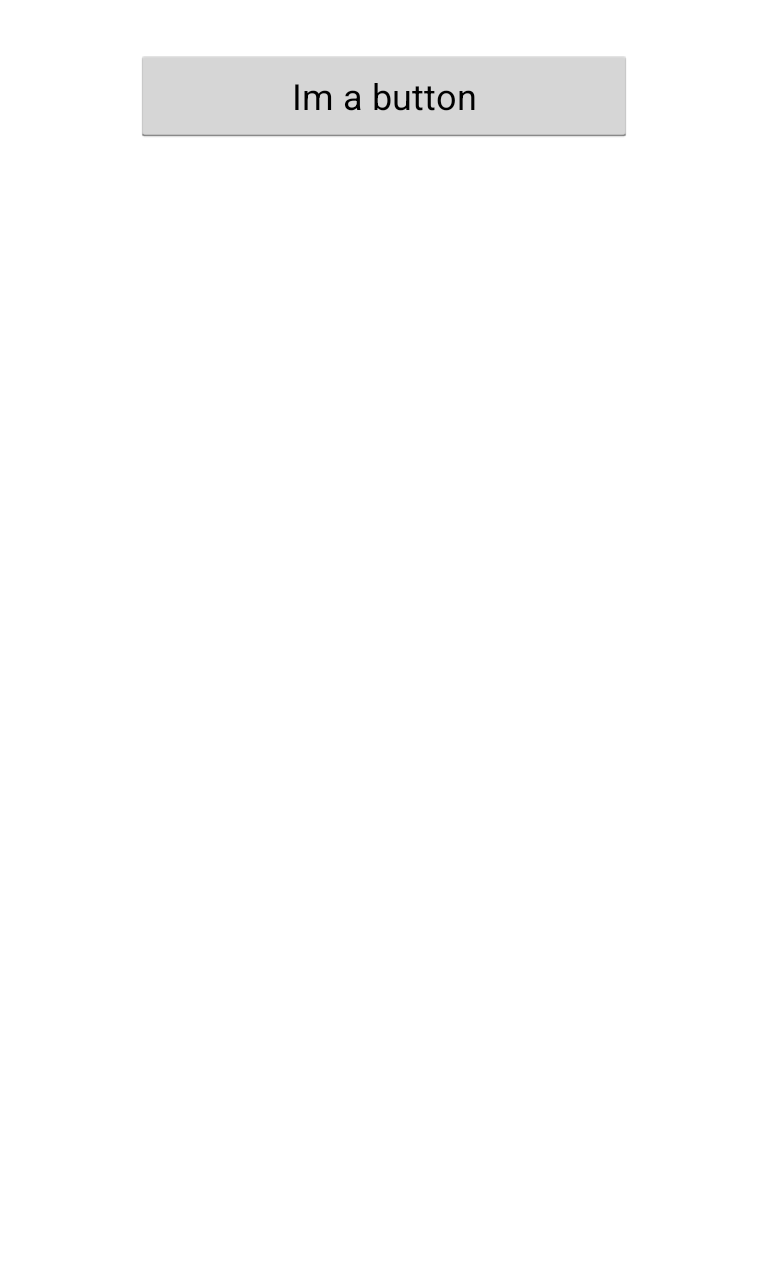
Repository: efreestone/MDF3_Freestone
Layout: ConvertIt/res/layout/activity_main.xml
These files come from the project's save history. The layout is drawn as it stood at one moment and after the next save; the edit follows.
It is drawn on a 768 x 1280 px phone screen (xhdpi) without system bars, with theme AppTheme; the app's code is not run. Lists and similar views that code fills are empty.

Above is the layout before, as saved 2014-07-10 20:43:19.

After the next save:
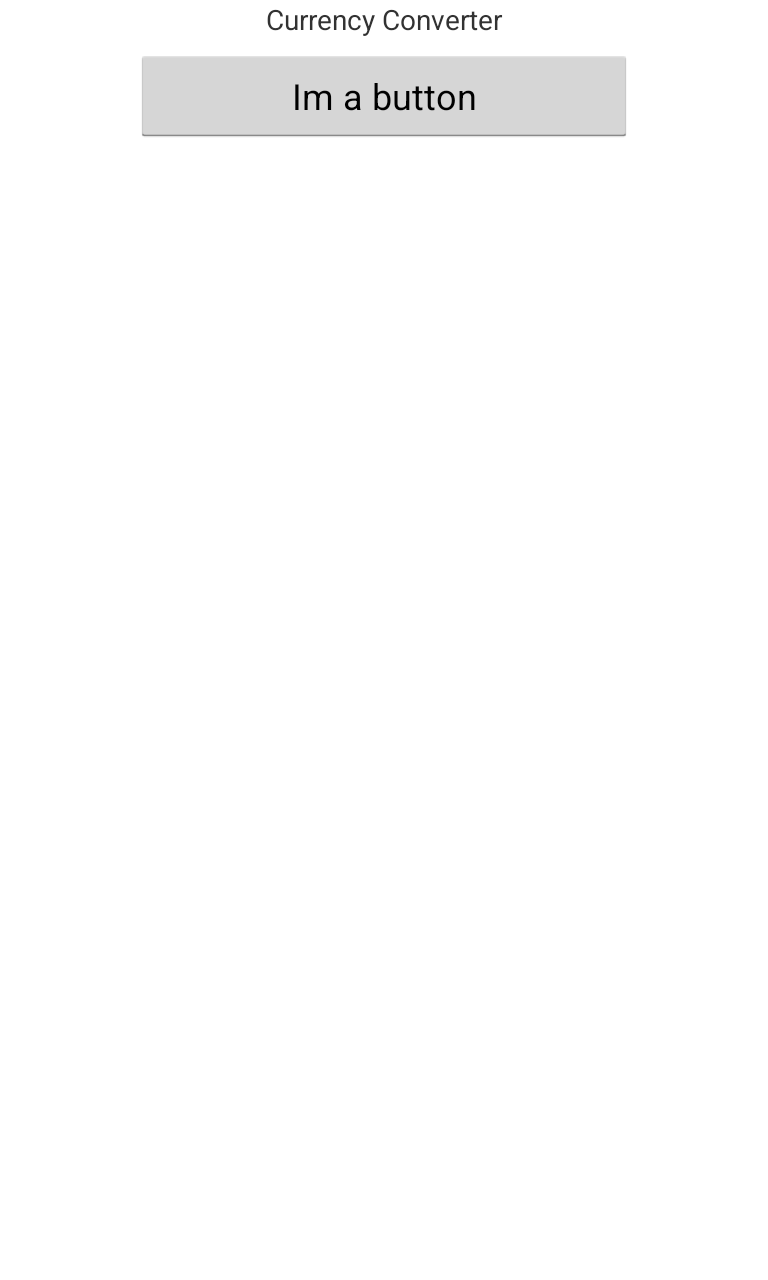
Saved 2 min 35 s later.
--- a/ConvertIt/res/layout/activity_main.xml
+++ b/ConvertIt/res/layout/activity_main.xml
@@ -11,7 +11,6 @@
         android:layout_width="match_parent"
         android:layout_height="wrap_content"
         android:gravity="center"
-        android:textColor="#ffffff"
         android:text="Currency Converter" />
 
     <Button
@@ -20,7 +19,6 @@
         android:layout_height="wrap_content"
         android:layout_gravity="center"
         android:layout_margin="5dp"
-
         android:clickable="true"
         android:text="Im a button"
         android:width="250dp" />
@@ -29,7 +27,6 @@
         android:id="@+id/listView"
         android:layout_width="match_parent"
         android:layout_height="match_parent"
-        android:divider="#ffffff"
         android:drawSelectorOnTop="false" />
 
 </LinearLayout>

After the save that followed:
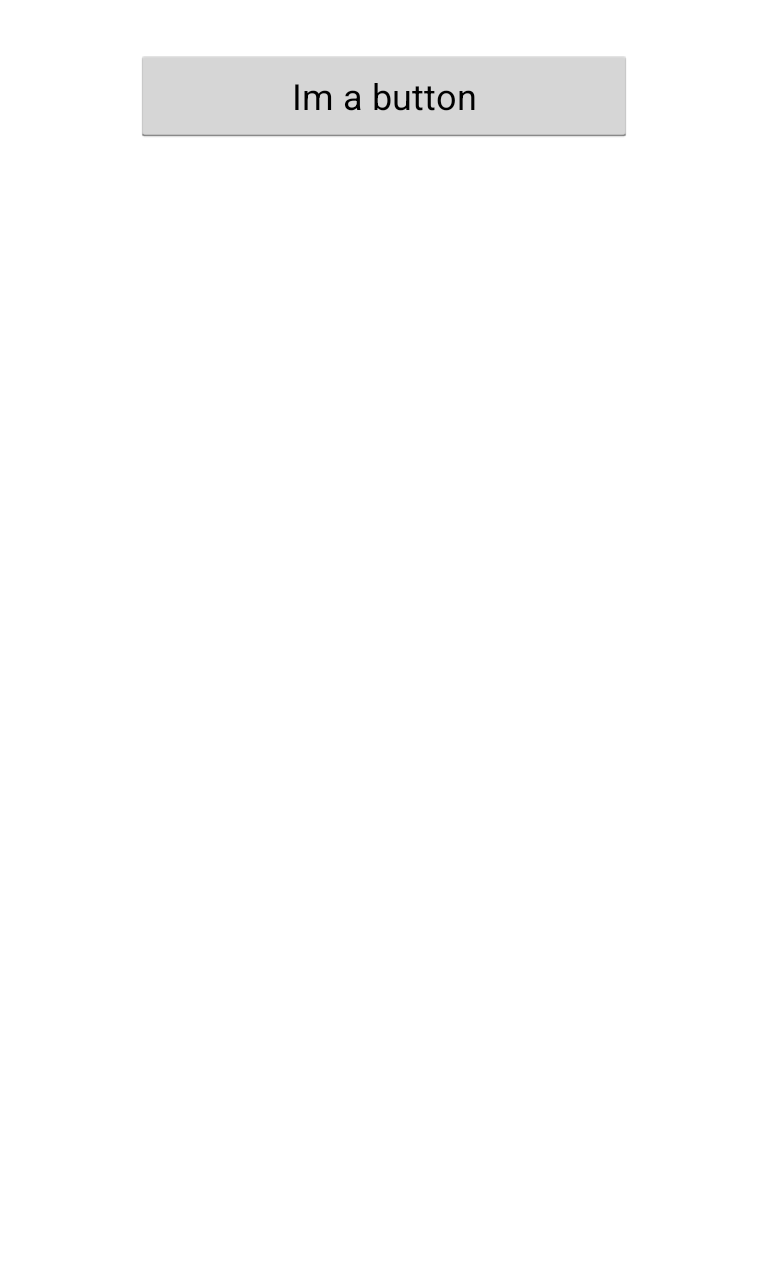
Saved 45 s later.
--- a/ConvertIt/res/layout/activity_main.xml
+++ b/ConvertIt/res/layout/activity_main.xml
@@ -11,7 +11,7 @@
         android:layout_width="match_parent"
         android:layout_height="wrap_content"
         android:gravity="center"
-        android:text="Currency Converter" />
+         />
 
     <Button
         android:id="@+id/newReleaseButton"
